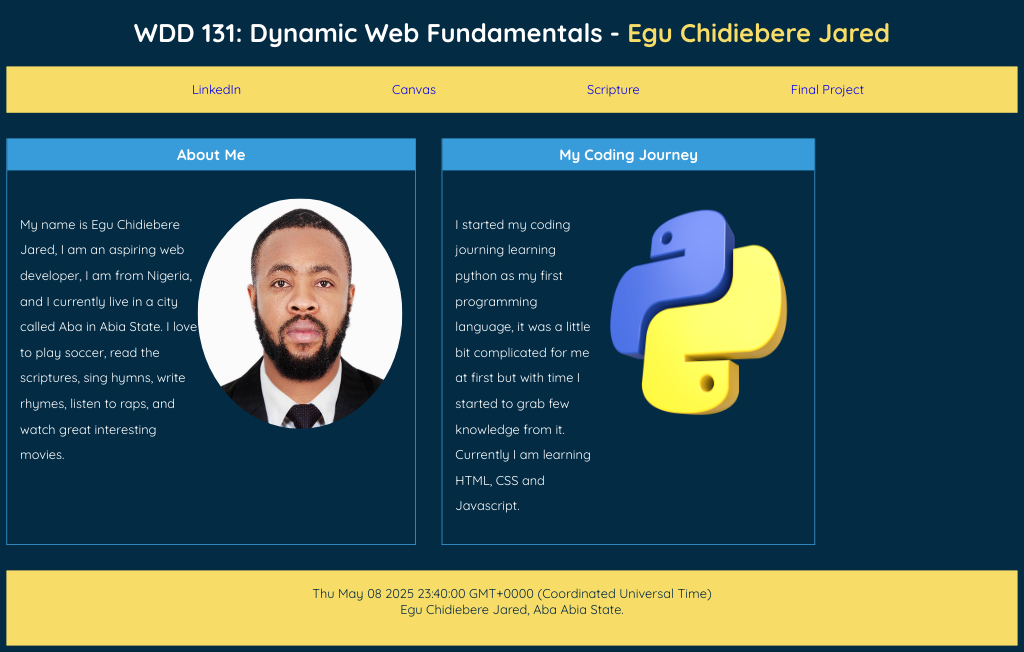
Repository: EguJaredoBoyd/wdd131
Page: index.html
The author's editor kept a copy of each file at every save. The page is drawn from the files as they stood at one save, then again after the next save.
The browser window is 1280 px wide. The pictures show the whole page, at 80% of full size.

Above is the page before, as saved 2025-05-09 15:17:58.

After the next save:
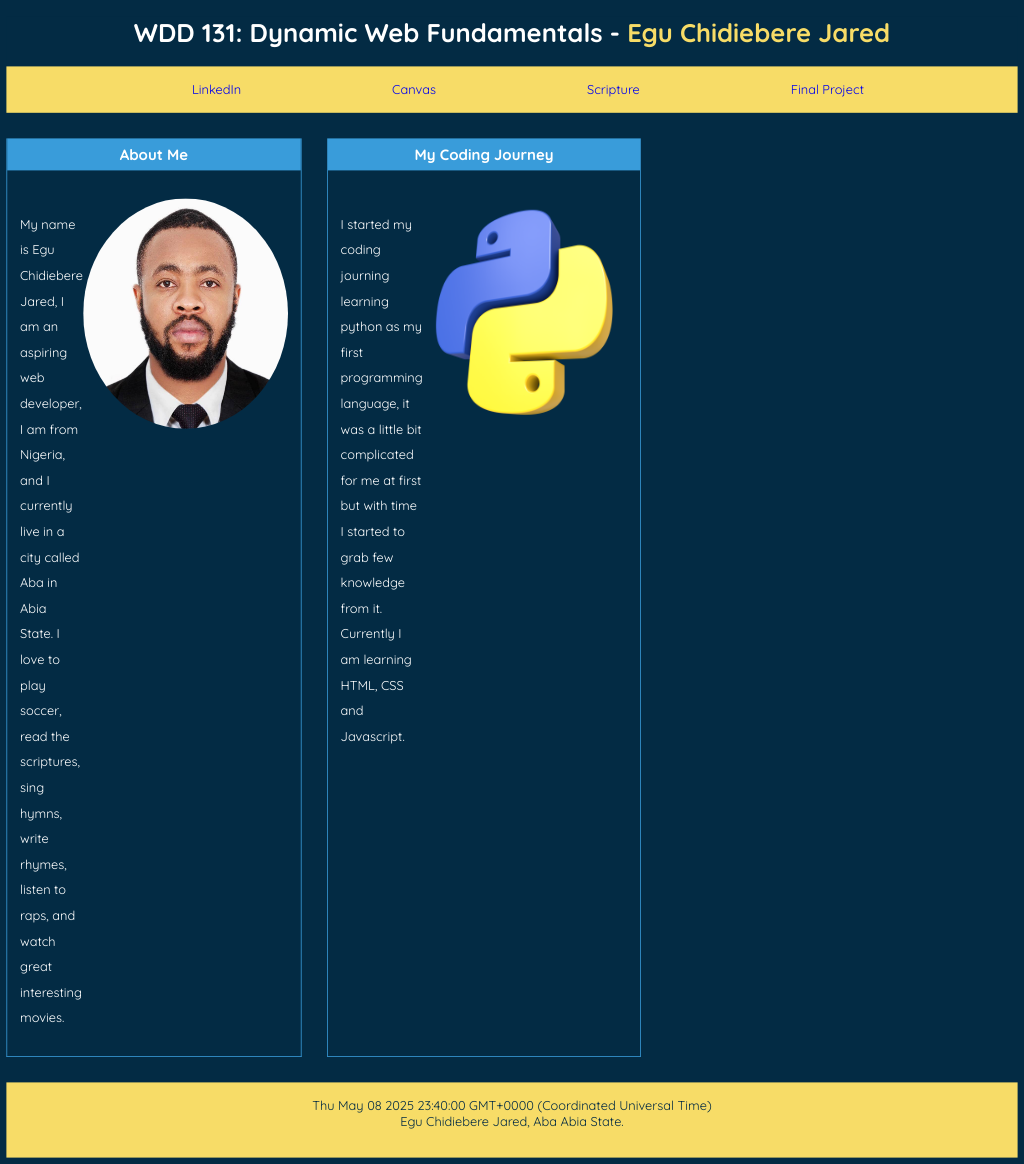
Saved 67 s later.
--- a/styles/base.css
+++ b/styles/base.css
@@ -35,7 +35,7 @@
 main{
     display: flex;
     gap: 2rem;
-    max-width: 80%;
+    max-width: 50%;
 }
 .card{
     border-left: 1px solid #399cda;
